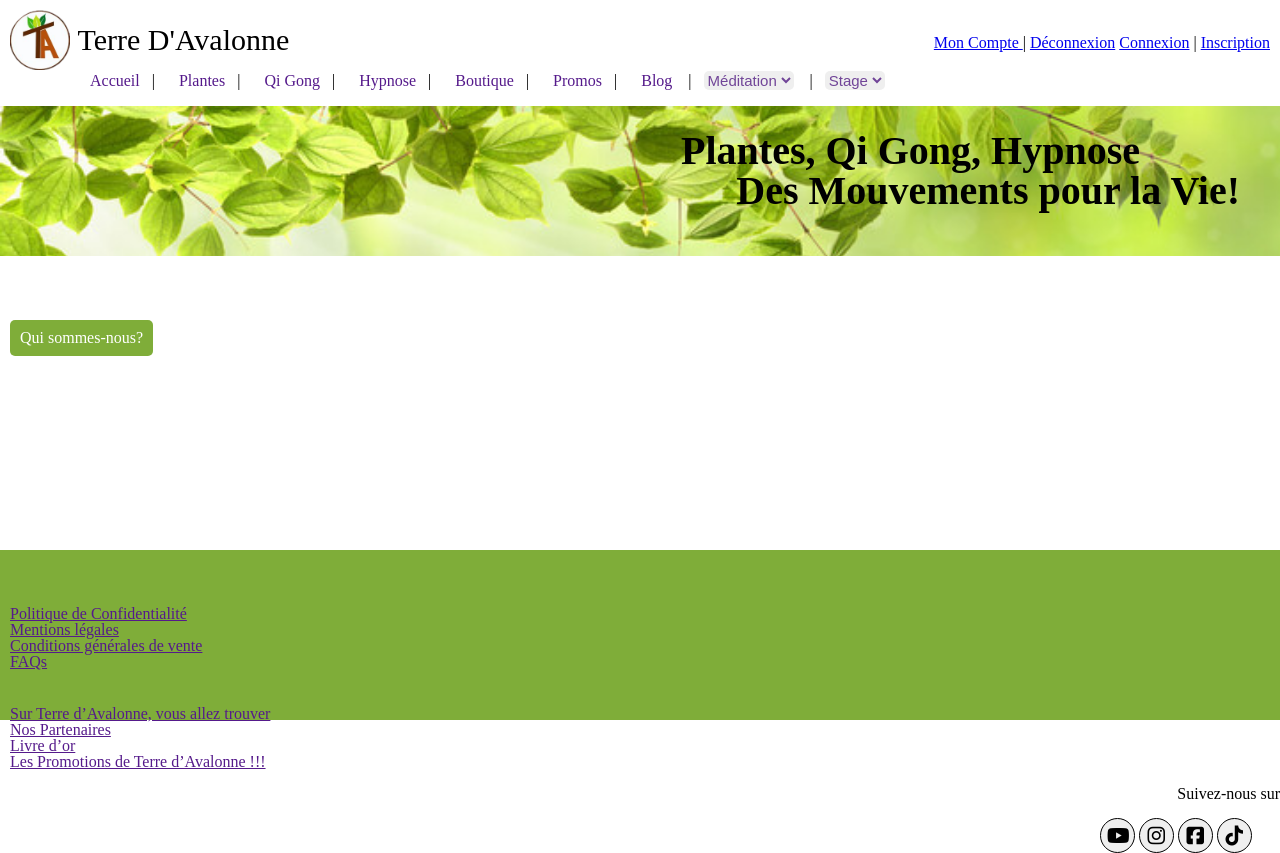
Repository: Michelhof1978/TerreDavalonne
Page: templates/base.html
An editor plug-in stored every save of this project. The page is shown before and after the next save, followed by the edit.
The browser window is 1280 px wide. The pictures show the whole page.
Some web fonts or font styles are not loaded; a fallback is used. Some web libraries are served in a nearby version.

Above is the page before, as saved 2022-05-04 15:58:23.

After the next save:
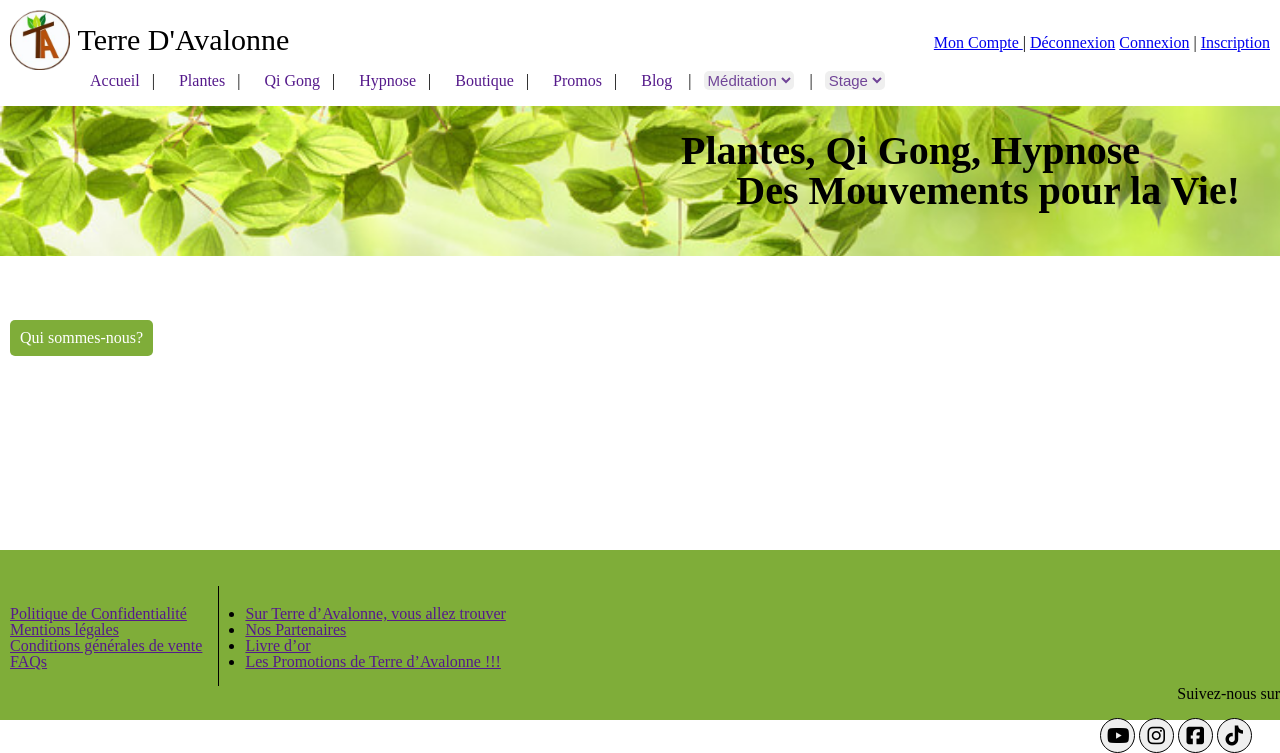
Saved 7 s later.
--- a/templates/base.html
+++ b/templates/base.html
@@ -112,7 +112,7 @@
 
 
   <footer>
-    <p
+    <p>
     <div style="display: flex;">
       <ul class="ulFooter">
         <li>
